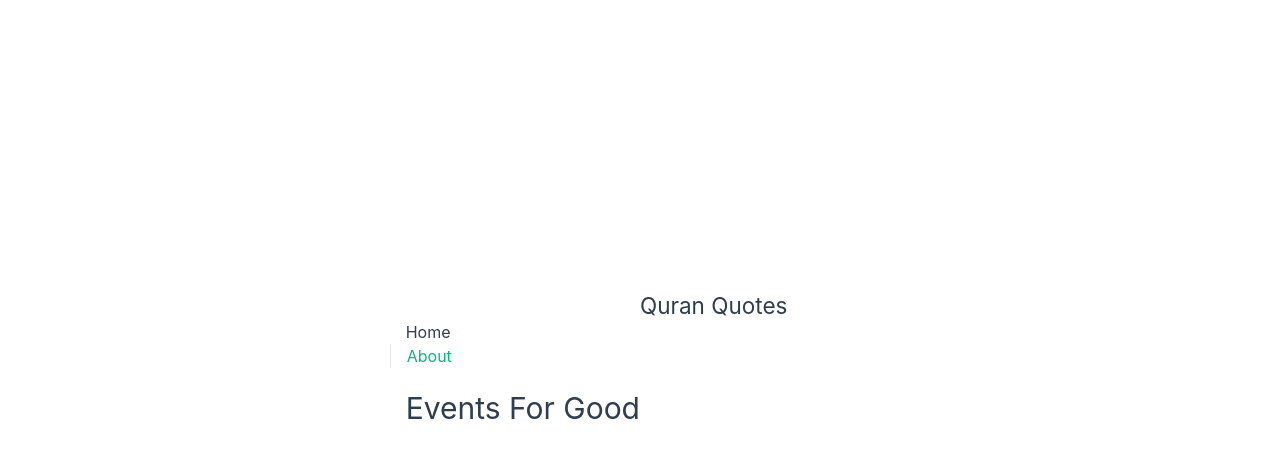
Repository: rrakibul/QuranQuoteVue3
Page: /
The author's editor kept a copy of each file at every save. The page is drawn from the files as they stood at one save, then again after a run of saves.
The browser window is 1280 px wide. The pictures show the whole page.
The project was rebuilt for these pictures with package versions that can differ from the ones it lists, and the page was loaded fresh each time. Also part of the build but not shown: vite.config.js, src/components/WelcomeItem.vue, src/components/icons/IconDocumentation.vue, src/components/icons/IconTooling.vue, src/components/icons/IconEcosystem.vue, src/components/icons/IconCommunity.vue, src/components/icons/IconSupport.vue, src/components/TheWelcome.vue.

Above is the page before, as saved 2023-06-18 08:54:57.

After the next 2 saves:
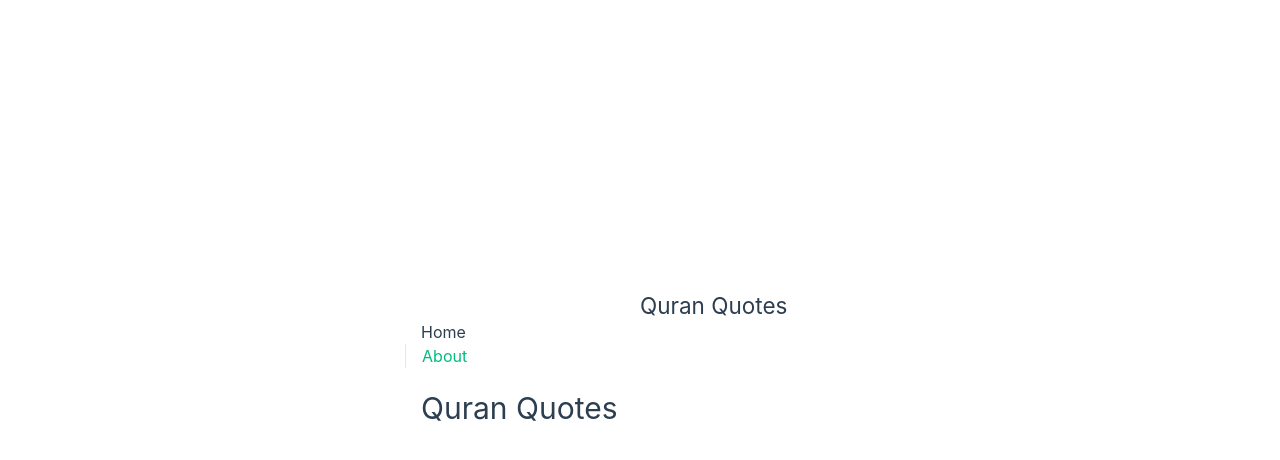
The 2 saves are shown as one change because they came seconds apart.
The last was saved 9 s later.
--- a/src/views/HomeView.vue
+++ b/src/views/HomeView.vue
@@ -3,7 +3,7 @@
 </script>
 
 <template>
-  <h1>Events For Good</h1>
+  <h1>Quran Quotes</h1>
   <div class="events">
     <EventCard v-for="event in events" :key="event.id" :event="event" />
   </div>
